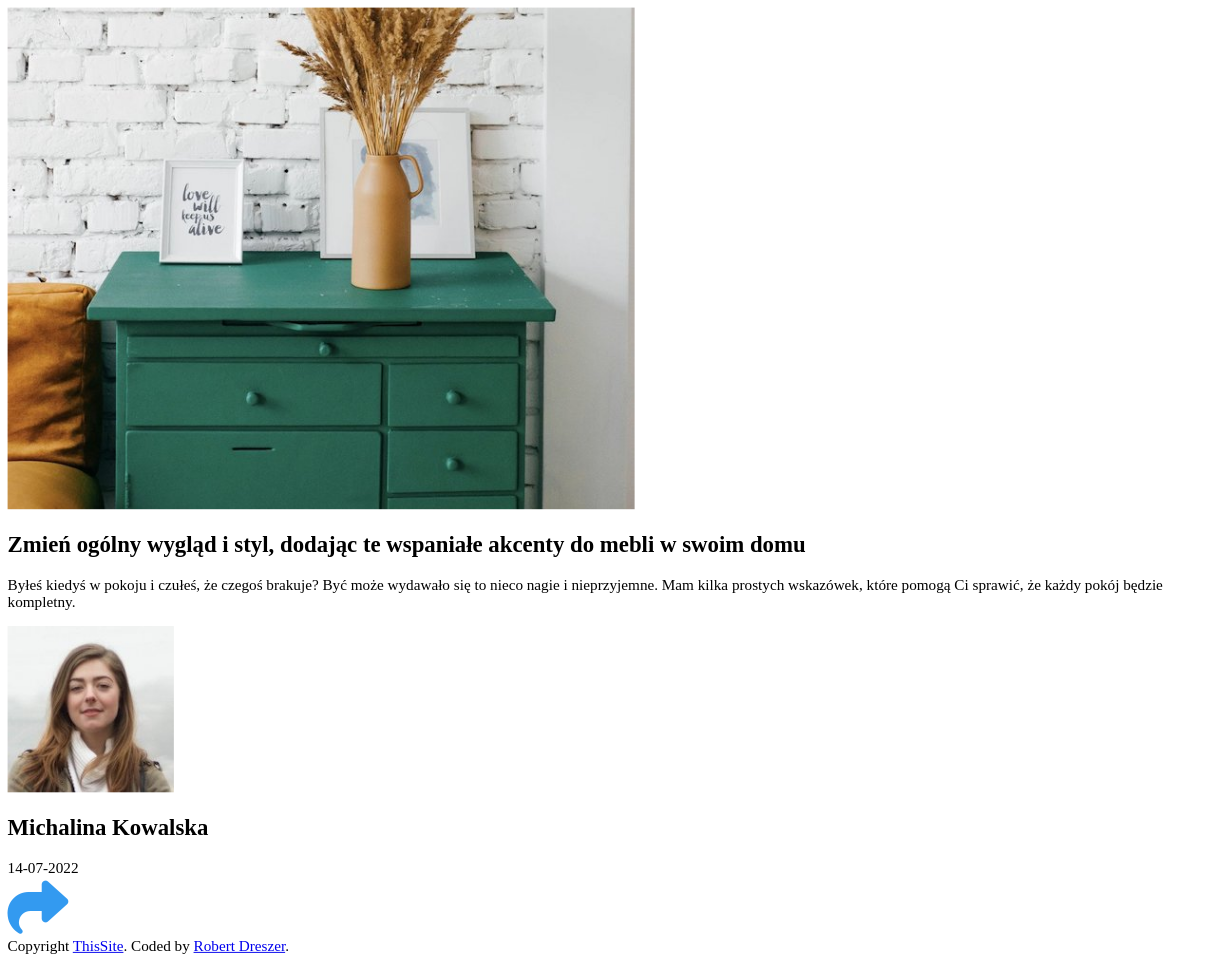
Repository: RobertDsr/komponent-podgl-du-produktu
Page: index.html
An editor plug-in stored every save of this project. The page is shown before and after the next save, followed by the edit.
The browser window is 1280 px wide. The pictures show the whole page, at 95% of full size.
Some web libraries are served in a nearby version.

Above is the page before, as saved 2022-07-14 12:22:18.

After the next save:
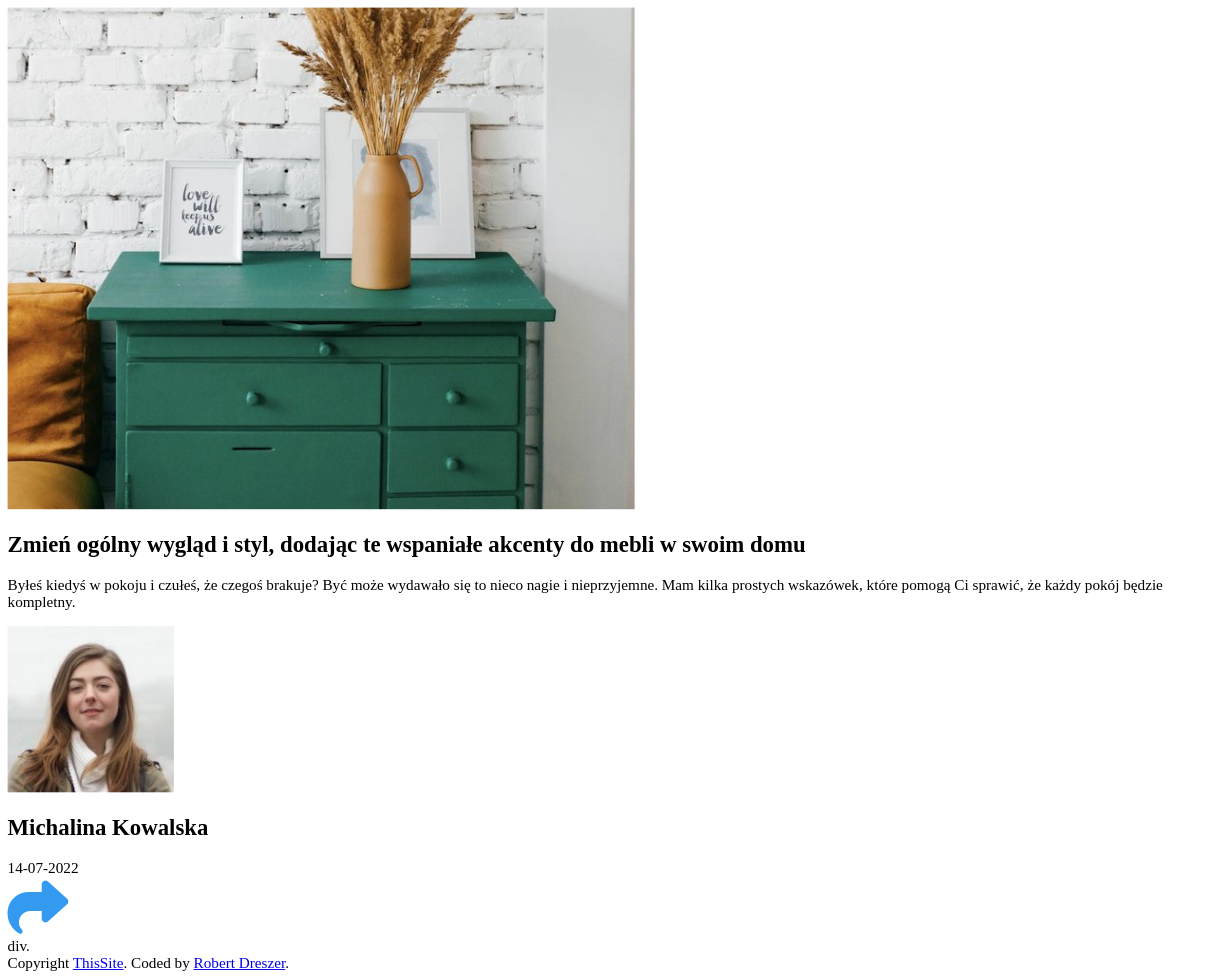
Saved 6 s later.
--- a/index.html
+++ b/index.html
@@ -26,7 +26,7 @@
         <div class="socialMedia">
           <i class="fa-solid fa-share fa-4x" style="color: #339af0;"></i>
           <div class="popup">
-
+            div.
           </div>
         </div>
       </div>

After the 3 saves that followed:
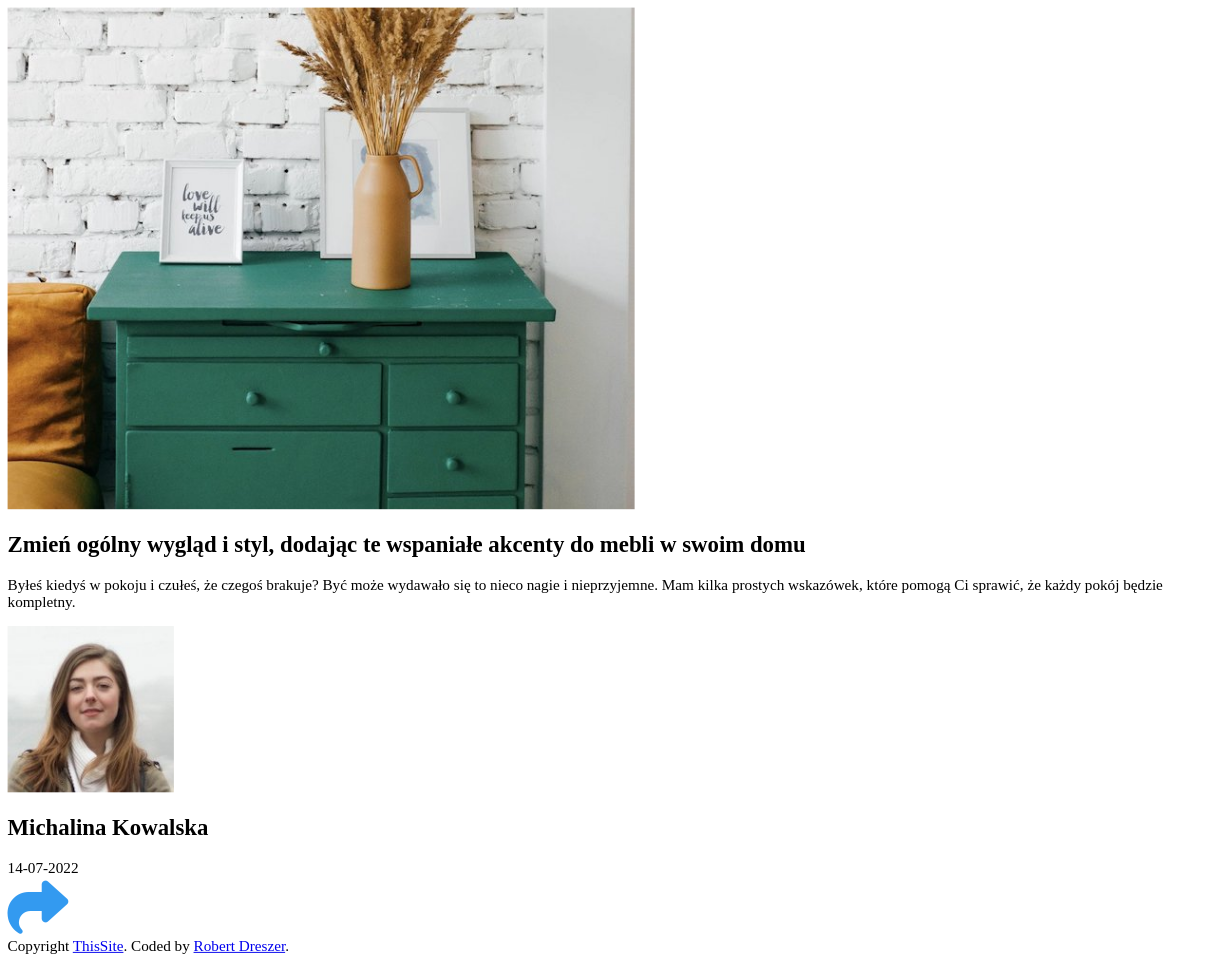
The 3 saves are shown as one change because they came seconds apart.
The last was saved 28 s later.
--- a/index.html
+++ b/index.html
@@ -26,7 +26,7 @@
         <div class="socialMedia">
           <i class="fa-solid fa-share fa-4x" style="color: #339af0;"></i>
           <div class="popup">
-            div.
+            <div class="mediaWrapper"></div>
           </div>
         </div>
       </div>
